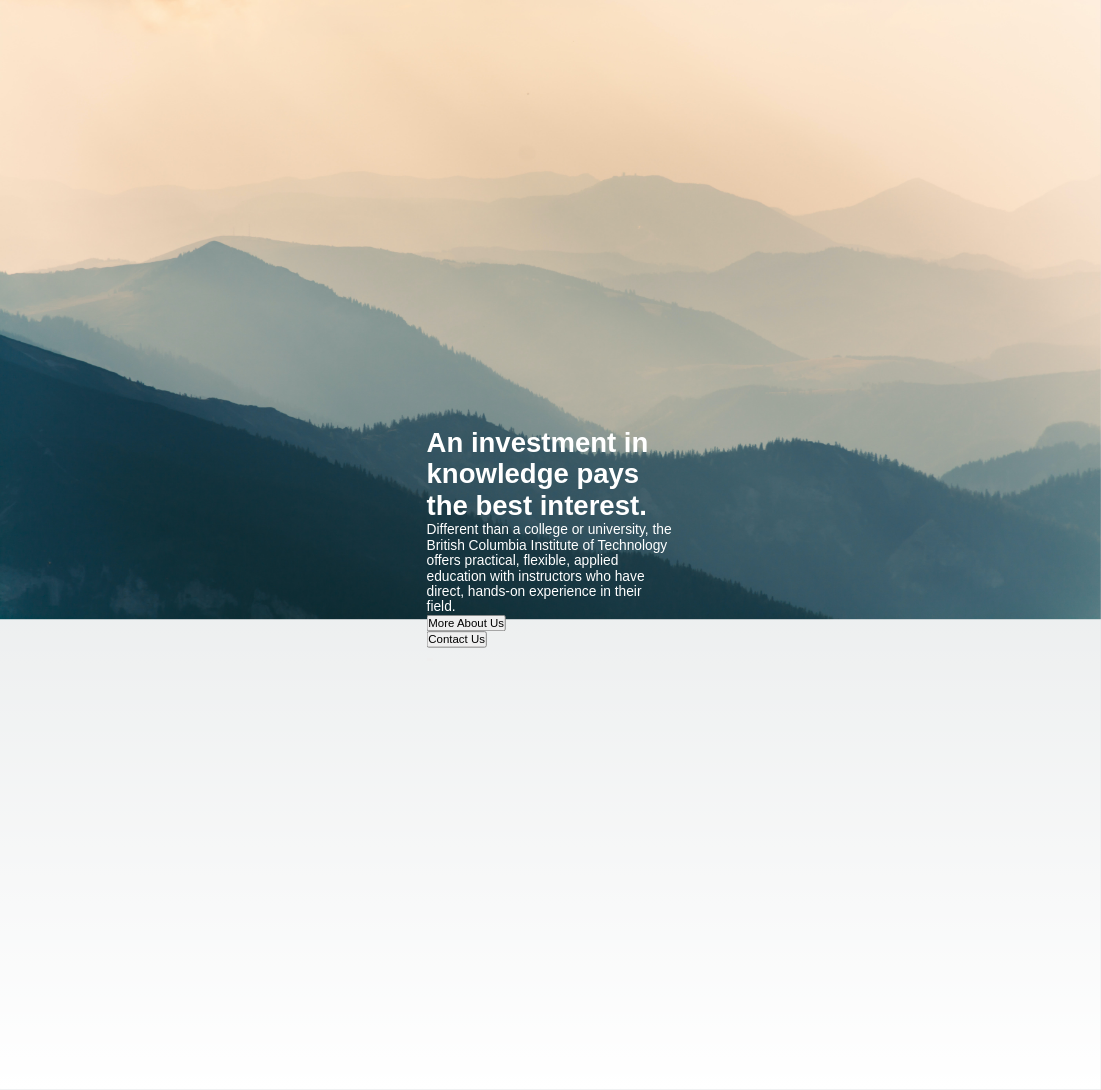
Repository: jennydmcm/assignment-1-playwright-site-A01338943
Page: /
An editor plug-in stored every save of this project. The page is shown before and after the next save, followed by the edit.
The browser window is 1280 px wide. The pictures show the whole page, at 86% of full size.
The project was rebuilt for these pictures with package versions that can differ from the ones it lists, and the page was loaded fresh each time. The framework's server and built-in components were replaced by stand-ins that run in the browser. Also part of the build but not shown: next.config.js.

Above is the page before, as saved 2023-02-08 09:12:14.

### pages/_app.js
import '../styles/globals.css'
import '../styles/variables.css'

function MyApp({ Component, pageProps }) {
  return <Component {...pageProps} />
}

export default MyApp

### pages/index.js
import Head from 'next/head'
import Image from 'next/image'
import { Inter } from '@next/font/google'
import styles from '@/styles/home.module.css'
import Link from 'next/link'
import { useRouter } from 'next/router'
import Bg from 'public/background-images/backgroundMountain.jpg'
import downArrow from 'public/icons/downwardArrow.png'
import upArrow from 'public/icons/upwardArrow.png'


const inter = Inter({ subsets: ['latin'] })

export default function Home() {
  const router = useRouter()
  return (
    <>
      <Head>
        <title>{'Home'}</title>
        <meta name="description" content="Generated by create next app" />
        <meta name="viewport" content="width=device-width, initial-scale=1" />
        <meta name="author" content={'MDIA 2109'} />
        <meta property='og:title' content={'Assignment #1 - Home Page'} />
        <meta property='og:description' content={'BCIT Digital Design and Development Diploma'} />
        <link rel="icon" href="/favicon.png" />
      </Head>
      <main className={styles.main}>
        <h1 className={styles.header}>{'An investment in knowledge pays the best interest.'}</h1>
        <p className={styles.subhead}>{'Different than a college or university, the British Columbia Institute of Technology offers practical, flexible, applied education with instructors who have direct, hands-on experience in their field.'}</p>
        <button className={styles.aboutbtn} type='button' onClick={() => router.push('/about')}>More About Us</button>
        <button className={styles.contactbtn}type='button' onClick={() => router.push('/contact')}>Contact Us</button>
        <Image src={Bg} fill
        style={{
          zIndex: -1
        }}
      />
        <a>

         </a>
         <a>
          <span>
           <button type='button' src={upArrow}></button>
          <button type='button' src={downArrow}></button>
          </span>
        </a>
      </main>
    </>
  )
}

### styles/variables.css
:root{
    --primary-color: #fff;
    --secondary-color: #f4d6b9;
    --ternary-color: #14343d;
    --quaternary-color: #14343d;
    --quinary-color: rgba(16,46,53,0.5);

}

### styles/Home.module.css
.main {
  display: flex;
  flex-direction: column;
  align-items: flex-start;
  padding: 31rem;
}

.header{
  color: var(--primary-color);
  font-family: Arial, Helvetica, sans-serif;

}
.subhead{
  color: var(--primary-color);
  font-family: Arial, Helvetica, sans-serif;
  font-weight: lighter;
}

Loaded but not shown: pages/_document.js (common file); styles/globals.css (common file)

After the next save:
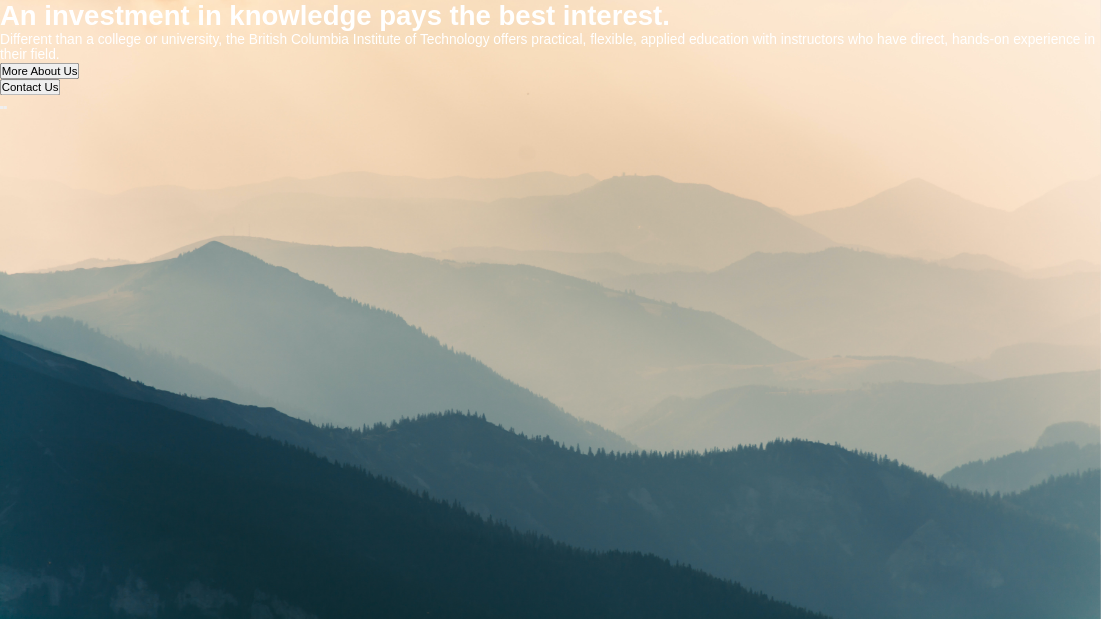
Saved 23 s later.
--- a/styles/Home.module.css
+++ b/styles/Home.module.css
@@ -2,7 +2,7 @@
   display: flex;
   flex-direction: column;
   align-items: flex-start;
-  padding: 31rem;
+
 }
 
 .header{
